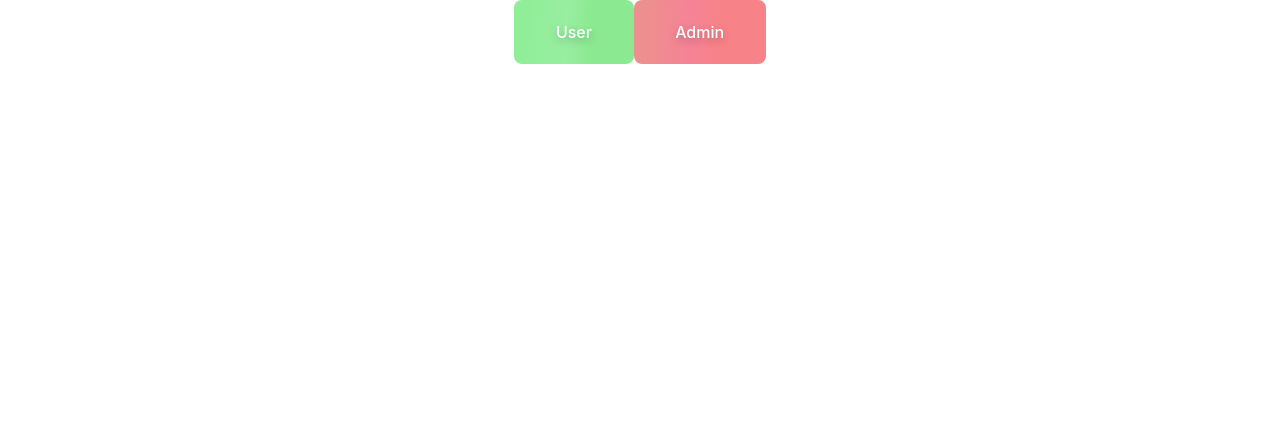
Repository: User826/Recipe
Page: / (app in recipe_project/)
The author's editor kept a copy of each file at every save. The page is drawn from the files as they stood at one save, then again after a run of saves.
The browser window is 1280 px wide. The pictures show the whole page.
The project was rebuilt for these pictures with package versions that can differ from the ones it lists, and the page was loaded fresh each time. The framework's server and built-in components were replaced by stand-ins that run in the browser. Also part of the build but not shown: recipe_project/next.config.js, recipe_project/pages/users.module.css, recipe_project/components/users.js, recipe_project/pages/index.module.css, recipe_project/components/popup.js.

Above is the page before, as saved 2023-06-01 05:34:58.

After the next 3 saves:
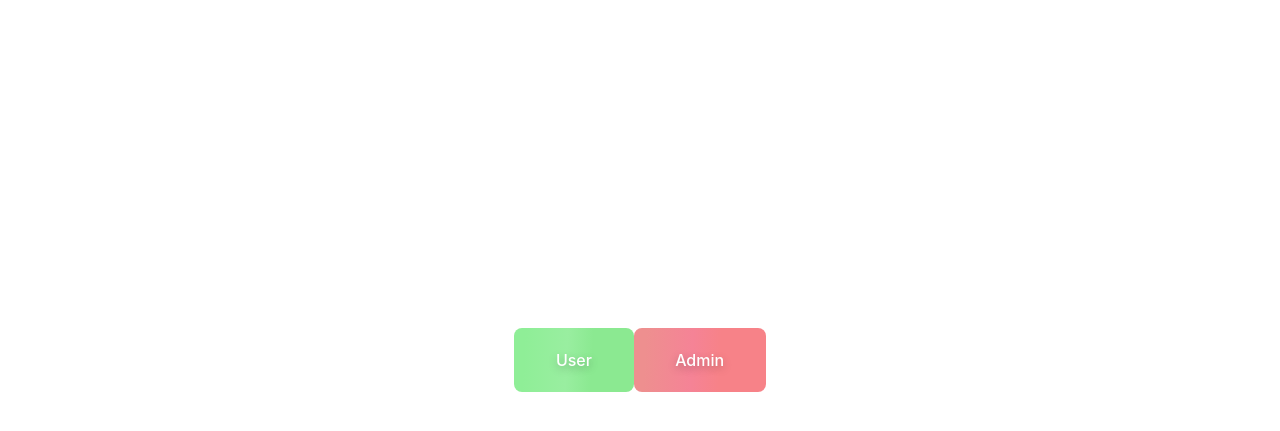
The 3 saves are shown as one change because 2 did not build or start.
The last was saved 14 min 35 s later.
--- a/recipe_project/pages/index.js
+++ b/recipe_project/pages/index.js
@@ -35,7 +35,7 @@ export default function Useradmin() {
     console.log(isLoggedInVariable)
 
     if (isLoggedInVariable == ""){
-        return <div style={{ display: 'flex', justifyContent: 'center', alignItems: 'center' }}>
+        return <div style={{ display: 'flex', justifyContent: 'center', alignItems: 'center', height: '100vh' }}>
         {/* <Post></Post> */}
         <UserButton onClick ={handleLoginClick} />
         <AdminButton onClick = {handleLogoutClick}/>
